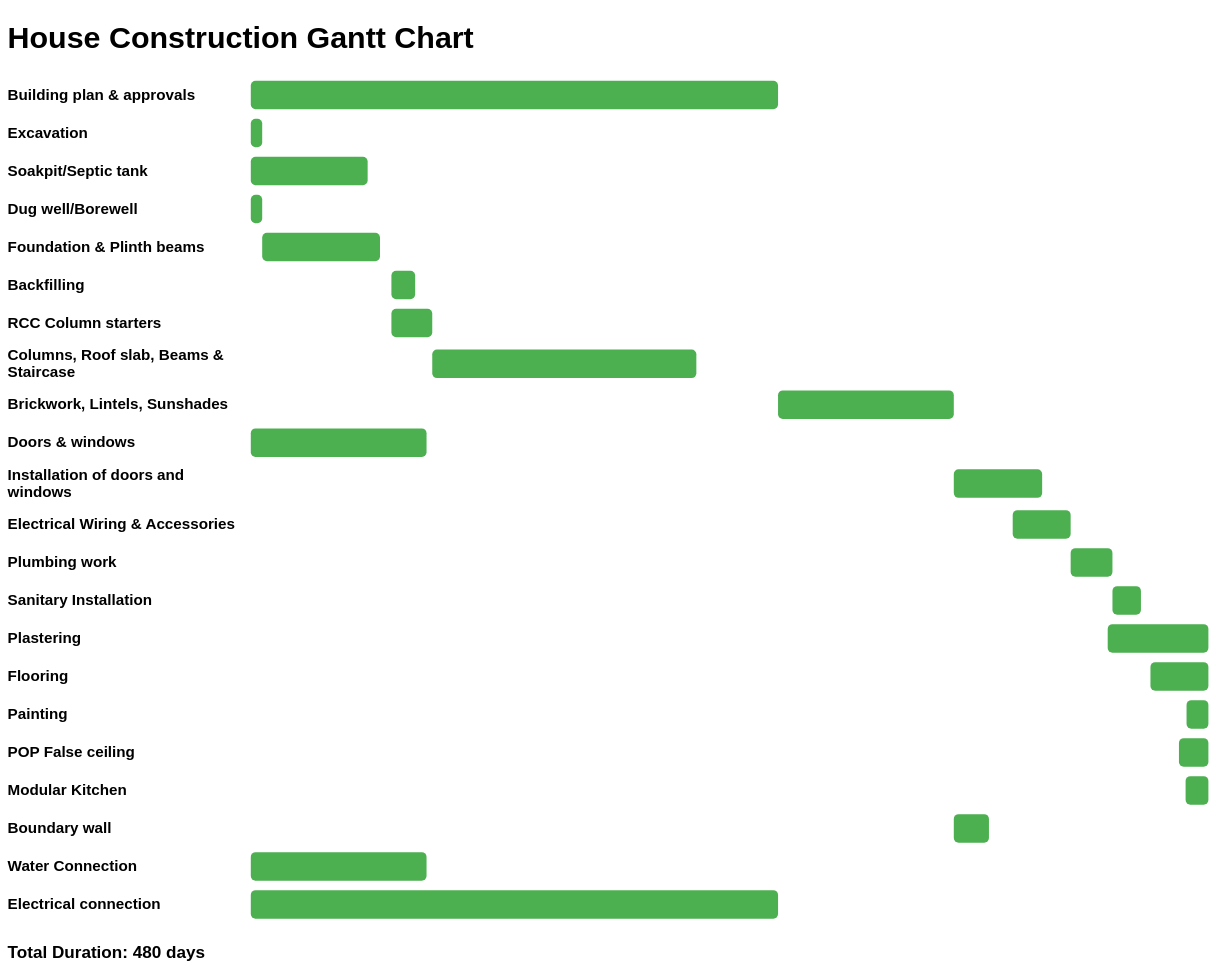
Repository: Madhava-IT-Solutions/yaminikollumittasks
Page: CONSTRUCTION DURATION/DURATION/duaration.html
These files come from the project's save history. The page is drawn as it stood at one moment and after a run of saves; the edit follows.
The browser window is 1280 px wide. The pictures show the whole page, at 95% of full size.

Above is the page before, as saved 2024-12-22 16:14:41.

After the next 2 saves:
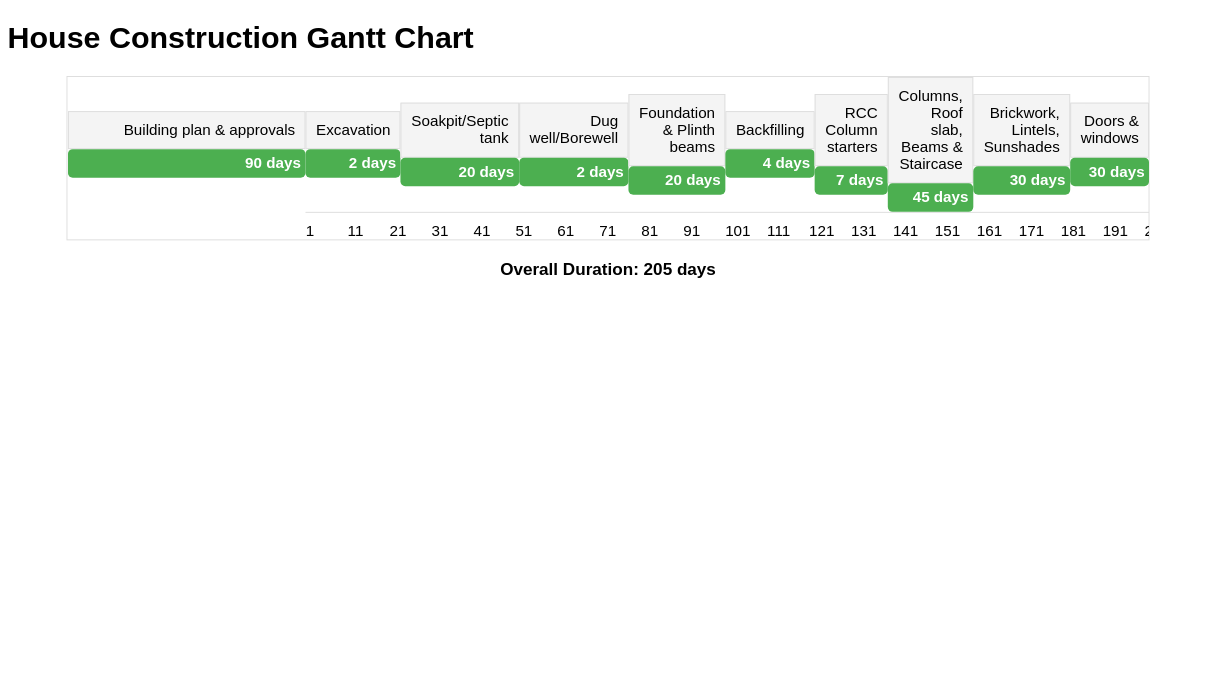
The 2 saves are shown as one change because they came seconds apart.
The last was saved 12 s later.
--- a/CONSTRUCTION DURATION/DURATION/duaration.html
+++ b/CONSTRUCTION DURATION/DURATION/duaration.html
@@ -8,42 +8,63 @@
         body {
             font-family: Arial, sans-serif;
         }
+        .gantt-container {
+            width: 90%;
+            margin: 20px auto;
+            overflow-x: auto;
+            border: 1px solid #ddd;
+            position: relative;
+        }
         .gantt-chart {
-            display: flex;
-            flex-direction: column;
-            width: 100%;
-            margin: 20px 0;
-        }
-        .task {
-            display: flex;
+            display: grid;
+            grid-template-columns: 250px repeat(205, 1fr);
             align-items: center;
-            margin: 5px 0;
-            cursor: pointer;
         }
         .task-name {
-            width: 250px;
-            font-weight: bold;
+            padding: 10px;
+            background-color: #f4f4f4;
+            border: 1px solid #ddd;
+            text-align: right;
         }
         .bar {
             height: 30px;
             background-color: #4caf50;
-            margin-left: 10px;
             border-radius: 5px;
-            transition: background-color 0.3s ease;
+            display: flex;
+            align-items: center;
+            justify-content: flex-end;
+            padding-right: 5px;
+            color: white;
+            font-weight: bold;
         }
         .bar:hover {
             background-color: #45a049;
+        }
+        .x-axis {
+            display: flex;
+            justify-content: space-between;
+            margin-left: 250px;
+            border-top: 1px solid #ddd;
+            padding-top: 10px;
+        }
+        .x-axis div {
+            text-align: center;
+            width: calc(100% / 205);
         }
         .total-duration {
             margin-top: 20px;
             font-size: 18px;
             font-weight: bold;
+            text-align: center;
         }
     </style>
 </head>
 <body>
     <h1>House Construction Gantt Chart</h1>
-    <div class="gantt-chart" id="gantt"></div>
+    <div class="gantt-container">
+        <div class="gantt-chart" id="gantt"></div>
+        <div class="x-axis" id="xAxis"></div>
+    </div>
     <div class="total-duration" id="totalDuration"></div>
 
     <script>
@@ -73,13 +94,13 @@
         ];
 
         const chartContainer = document.getElementById('gantt');
+        const xAxisContainer = document.getElementById('xAxis');
         const totalDurationElement = document.getElementById('totalDuration');
         const maxDays = 205;
-        let totalDays = 0;
 
         tasks.forEach(task => {
-            const taskElement = document.createElement('div');
-            taskElement.classList.add('task');
+            const taskRow = document.createElement('div');
+            taskRow.classList.add('task-row');
 
             const taskName = document.createElement('div');
             taskName.classList.add('task-name');
@@ -87,22 +108,21 @@
 
             const bar = document.createElement('div');
             bar.classList.add('bar');
-            bar.style.width = `${(task.duration / maxDays) * 100}%`;
-            bar.style.marginLeft = `${(task.start / maxDays) * 100}%`;
-            bar.dataset.duration = task.duration;
+            bar.style.gridColumn = `${task.start + 1} / ${task.start + task.duration + 1}`;
+            bar.textContent = `${task.duration} days`;
 
-            bar.addEventListener('click', () => {
-                alert(`${task.name} - Duration: ${task.duration} days`);
-            });
-
-            taskElement.appendChild(taskName);
-            taskElement.appendChild(bar);
-            chartContainer.appendChild(taskElement);
-
-            totalDays += task.duration;
+            taskRow.appendChild(taskName);
+            taskRow.appendChild(bar);
+            chartContainer.appendChild(taskRow);
         });
 
-        totalDurationElement.textContent = `Total Duration: ${totalDays} days`;
+        for (let i = 1; i <= maxDays; i += 10) {
+            const dayMarker = document.createElement('div');
+            dayMarker.textContent = i;
+            xAxisContainer.appendChild(dayMarker);
+        }
+
+        totalDurationElement.textContent = `Overall Duration: ${maxDays} days`;
     </script>
 </body>
 </html>
